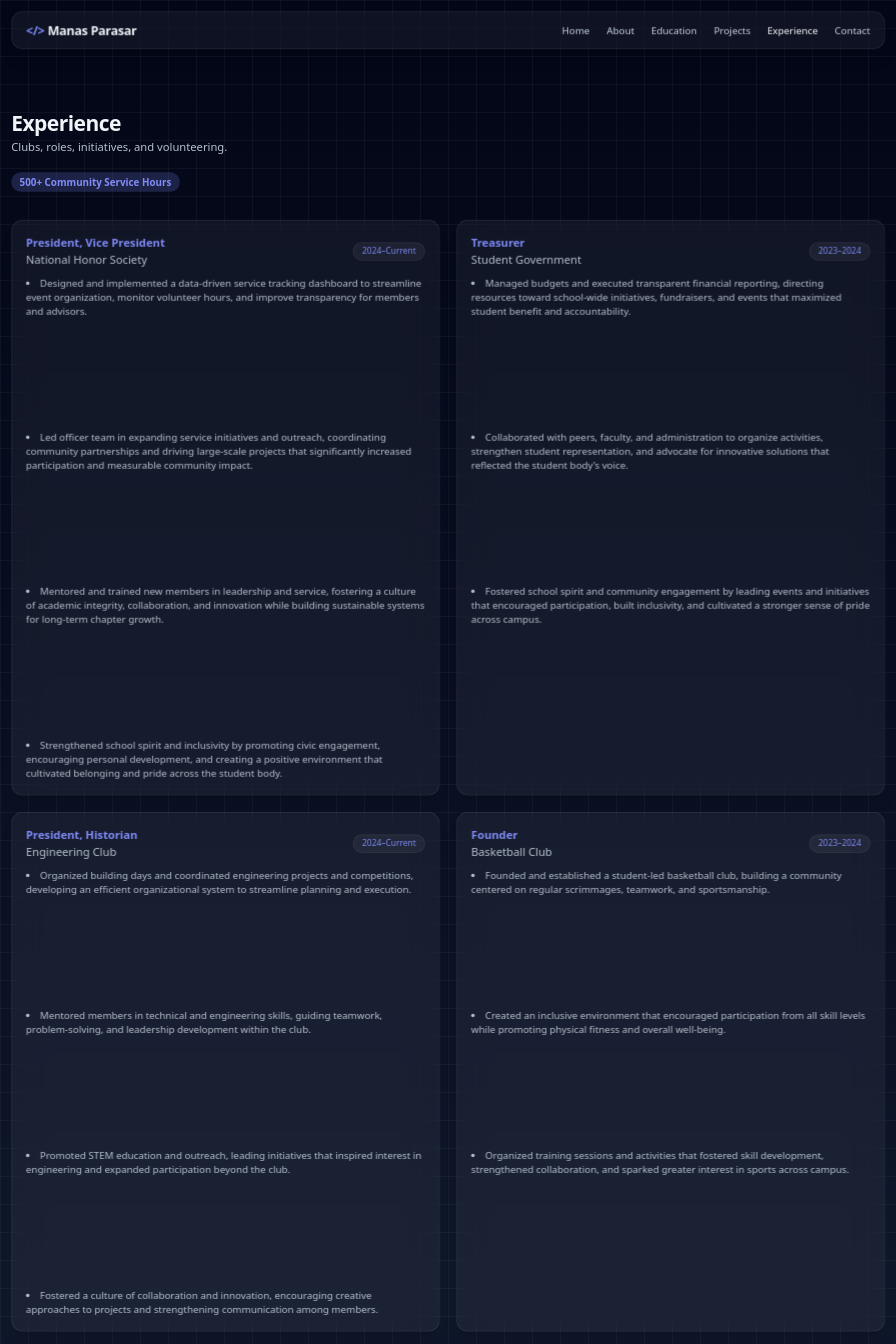
Repository: Manas-Parasar/portfolio-manas-parasar
Page: /experience
These files come from the project's save history. The page is drawn as it stood at one moment and after the next save; the edit follows.
The browser window is 1280 px wide. The pictures show the part of the page from y = 0 to 1920 px (the page is 3668 px tall before and 2228 px after), at 70% of full size.
The project was rebuilt for these pictures with package versions that can differ from the ones it lists, and the page was loaded fresh each time. Also part of the build but not shown: vite.config.js, src/components/Hero.jsx, src/components/ProjectCard.jsx, src/pages/Home.jsx, src/pages/About.jsx, src/pages/Projects.jsx, src/pages/Contact.jsx. Imported but missing from the stored project, and not drawn on this page: src/assets/Manas Parasar Resume.pdf.

Above is the page before, as saved 2025-08-23 00:23:47.

After the next save:
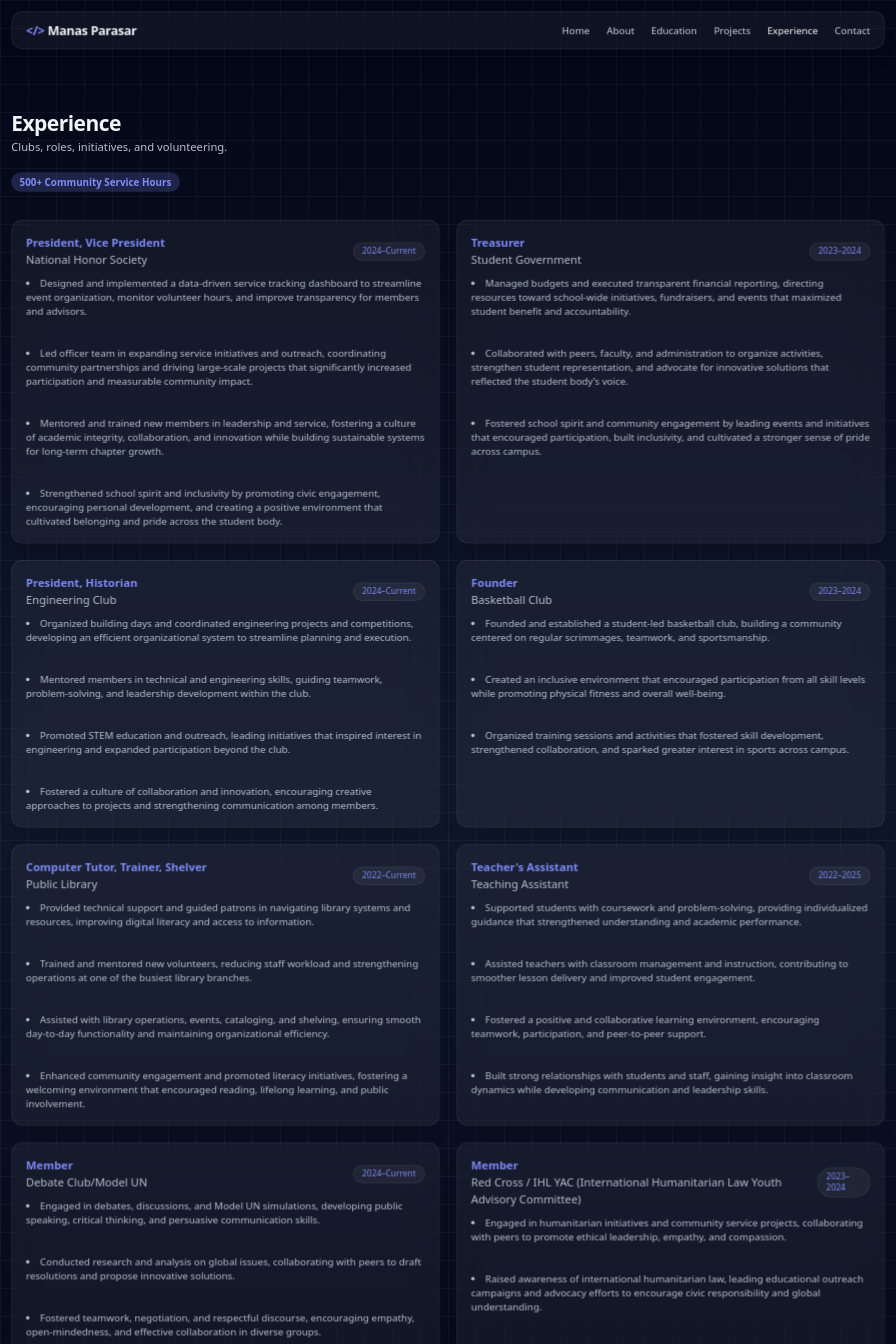
Saved 10 s later.
--- a/src/components/TimelineItem.jsx
+++ b/src/components/TimelineItem.jsx
@@ -11,7 +11,7 @@ export function TimelineItem({ org, role, period, points = [] }) {
         </span>
       </div>
       {points?.length > 0 && (
-        <ul className="list-disc list-inside mt-3 text-sm subtle space-y-40">
+        <ul className="list-disc list-inside mt-3 text-sm subtle space-y-10">
           {points.map((p, i) => (
             <li key={i}>{p}</li>
           ))}
